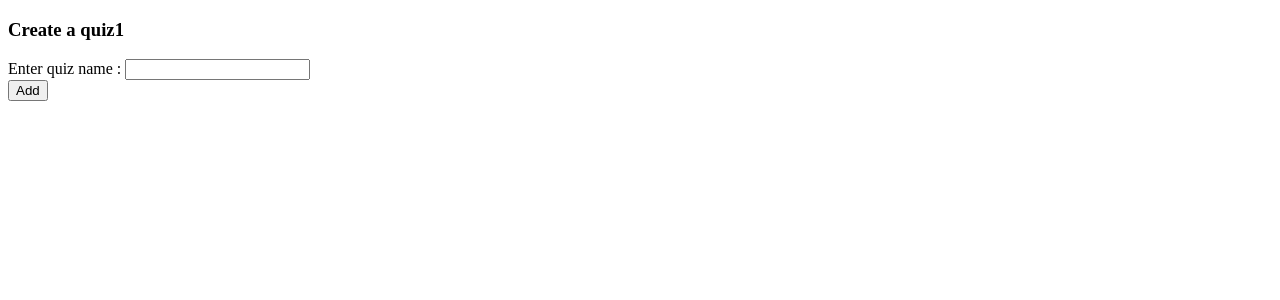
Repository: Sourabh-Gautam/epam-hometask
Page: http://localhost/onlinequizmanagement/view/createquizpage.jsp
An editor plug-in stored every save of this project. The page is shown before and after the next save, followed by the edit.
The browser window is 1280 px wide. The pictures show the whole page.
The page is served by Tomcat 9.

Above is the page before, as saved 2022-11-09 16:12:41.

After the next save:
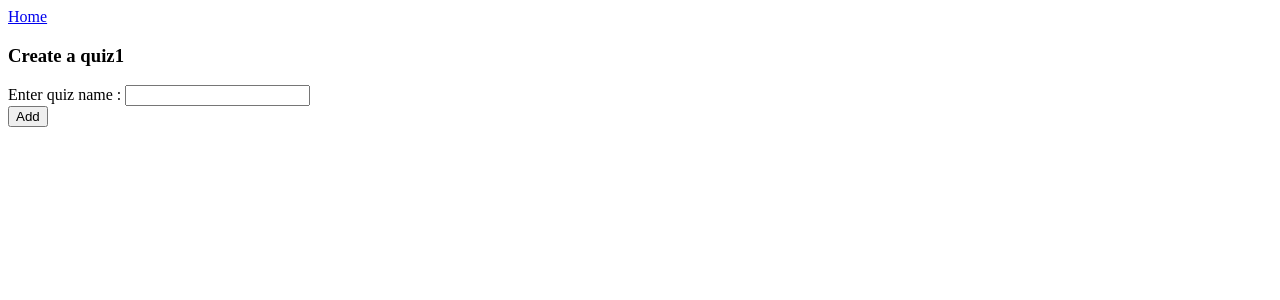
Saved 18 s later.
--- a/Spring/Spring Boot Web/onlinequizmanagement/src/main/webapp/view/createquizpage.jsp
+++ b/Spring/Spring Boot Web/onlinequizmanagement/src/main/webapp/view/createquizpage.jsp
@@ -7,11 +7,14 @@
 <title>Insert title here</title>
 </head>
 <body>
+	<div>
+		<span><a href="/">Home</a></span>
+	</div>
 	<h3>Create a quiz1</h3>
 	<div>
 		<form action="/admin/createquiz" method="post">
-			Enter quiz name : <input name="quizname" /> <br/> <input type="submit"
-				value="Add" />
+			Enter quiz name : <input name="quizname" /> <br /> <input
+				type="submit" value="Add" />
 		</form>
 	</div>
 </body>
